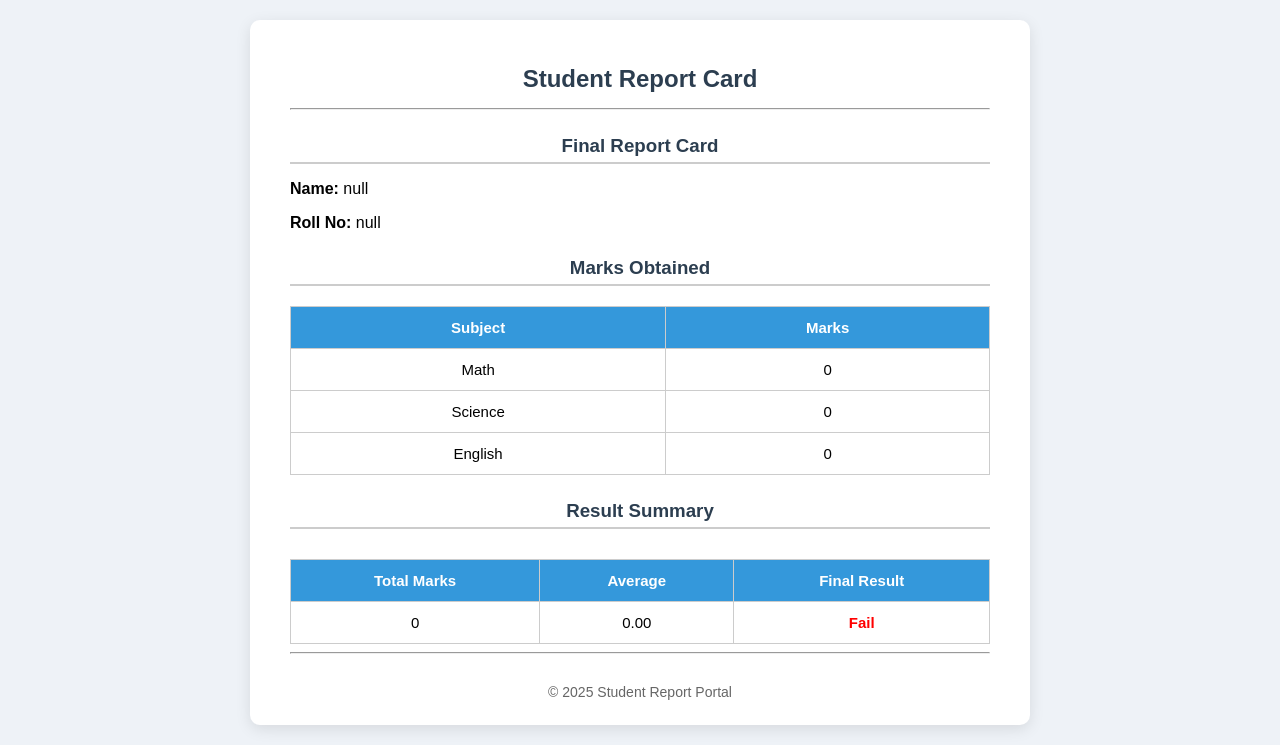
Repository: ashwinii19/Core-Java-Learning
Page: http://localhost/24-JSP/profile.jsp
These files come from the project's save history. The page is drawn as it stood at one moment and after the next save; the edit follows.
The browser window is 1280 px wide. The pictures show the whole page.
The page is served by Tomcat 9.

Above is the page before, as saved 2025-08-20 03:37:08.

### 24-JSP/src/main/webapp/profile.jsp
<%@ page language="java" contentType="text/html; charset=ISO-8859-1"
	pageEncoding="ISO-8859-1" errorPage="error.jsp"%>
<jsp:useBean id="student" class="com.model.Student" scope="session" />
<jsp:setProperty name="student" property="*" />
<!DOCTYPE html>
<html>
<head>
<meta charset="ISO-8859-1">
<title>Profile</title>
</head>
<body>
    <jsp:include page="header.jsp"/>

    <h3>Student Profile</h3>
    Name: <jsp:getProperty name="student" property="name"/><br>
    Roll No: <jsp:getProperty name="student" property="rollNo"/><br>
    Math: <jsp:getProperty name="student" property="math"/><br>
    Science: <jsp:getProperty name="student" property="science"/><br>
    English: <jsp:getProperty name="student" property="english"/><br><br>

    <jsp:forward page="result.jsp">
        <jsp:param name="math" value="<%= student.getMath() %>"/>
        <jsp:param name="science" value="<%= student.getScience() %>"/>
        <jsp:param name="english" value="<%= student.getEnglish() %>"/>
        <jsp:param name="name" value="<%= student.getName() %>"/>
        <jsp:param name="rollNo" value="<%= student.getRollNo() %>"/>
    </jsp:forward>

    <jsp:include page="footer.jsp"/>
</body>
</html>

### 24-JSP/src/main/webapp/header.jsp
<%@ page language="java" contentType="text/html; charset=ISO-8859-1"
	pageEncoding="ISO-8859-1"%>
<!DOCTYPE html>
<html>
<head>
<meta charset="ISO-8859-1">
<link rel="stylesheet" type="text/css" href="css/style.css">
<title>Header</title>
</head>
<body>
	<div class="container">
		<h2>Student Report Card</h2>
		<hr />
</body>
</html>

### 24-JSP/src/main/webapp/result.jsp
<%@ page language="java" contentType="text/html; charset=ISO-8859-1"
    pageEncoding="ISO-8859-1"%>
<!DOCTYPE html>
<html>
<head>
<meta charset="ISO-8859-1">
<title>Result</title>
</head>
<body>
    <jsp:include page="header.jsp"/>

    <h3>Final Report Card</h3>

    <%
        String name = request.getParameter("name");
        String rollNo = request.getParameter("rollNo");
        int math = Integer.parseInt(request.getParameter("math"));
        int science = Integer.parseInt(request.getParameter("science"));
        int english = Integer.parseInt(request.getParameter("english"));

        int total = math + science + english;
        double avg = total / 3.0;

        String result;
        if (math < 35 || science < 35 || english < 35) {
            result = "Fail";
        } else if (avg >= 90) {
            result = "A+";
        } else if (avg >= 80) {
            result = "A";
        } else if (avg >= 70) {
            result = "B";
        } else if (avg >= 60) {
            result = "C";
        } else {
            result = "Fail";
        }
    %>

    <p><strong>Name:</strong> <%= name %></p>
    <p><strong>Roll No:</strong> <%= rollNo %></p>

    <!-- Marks Table -->
    <h3>Marks Obtained</h3>
    <table>
        <tr>
            <th>Subject</th>
            <th>Marks</th>
        </tr>
        <tr><td>Math</td><td><%= math %></td></tr>
        <tr><td>Science</td><td><%= science %></td></tr>
        <tr><td>English</td><td><%= english %></td></tr>
    </table>

    <!-- Result Summary Table -->
    <h3>Result Summary</h3>
    <table class="result-table">
        <tr>
            <th>Total Marks</th>
            <th>Average</th>
            <th>Final Result</th>
        </tr>
        <tr>
            <td><%= total %></td>
            <td><%= String.format("%.2f", avg) %></td>
            <td class="<%= result.equals("Fail") ? "status-fail" : "status-pass" %>">
                <%= result %>
            </td>
        </tr>
    </table>

    <jsp:include page="footer.jsp"/>
</body>
</html>

### 24-JSP/src/main/webapp/footer.jsp
<%@ page language="java" contentType="text/html; charset=ISO-8859-1"
	pageEncoding="ISO-8859-1"%>
<!DOCTYPE html>
<html>
<head>
<meta charset="ISO-8859-1">
<title>Footer</title>
</head>
<body>
	<hr />
	<footer>&copy; 2025 Student Report Portal</footer>
	</div>
</body>
</html>

### 24-JSP/src/main/java/com/model/Student.java
package com.model;

public class Student {
	private String name;
	private String rollNo;
	private int math;
	private int science;
	private int english;

	public String getName() {
		return name;
	}

	public void setName(String name) {
		this.name = name;
	}

	public String getRollNo() {
		return rollNo;
	}

	public void setRollNo(String rollNo) {
		this.rollNo = rollNo;
	}

	public int getMath() {
		return math;
	}

	public void setMath(int math) {
		this.math = math;
	}

	public int getScience() {
		return science;
	}

	public void setScience(int science) {
		this.science = science;
	}

	public int getEnglish() {
		return english;
	}

	public void setEnglish(int english) {
		this.english = english;
	}
}

### 24-JSP/src/main/webapp/css/style.css
/* General Page Styling */
body {
    font-family: Arial, sans-serif;
    background-color: #eef2f7;
    margin: 0;
    padding: 20px;
}

/* Centered Card Container */
.container {
    max-width: 700px;
    margin: auto;
    background: #ffffff;
    padding: 25px 40px;
    border-radius: 10px;
    box-shadow: 0 4px 15px rgba(0,0,0,0.1);
}

/* Headings */
h1, h2, h3 {
    text-align: center;
    color: #2c3e50;
    margin-bottom: 15px;
}

h3 {
    margin-top: 25px;
    border-bottom: 2px solid #ccc;
    padding-bottom: 5px;
}

/* Form */
form {
    display: flex;
    flex-direction: column;
    gap: 12px;
    margin-top: 20px;
}

input[type="text"],
input[type="number"] {
    padding: 10px;
    border: 1px solid #ccc;
    border-radius: 6px;
    font-size: 14px;
}

input[type="submit"] {
    background: #3498db;
    color: white;
    border: none;
    padding: 12px;
    border-radius: 6px;
    font-size: 16px;
    cursor: pointer;
}

input[type="submit"]:hover {
    background: #2980b9;
}

/* Pass/Fail colors */
.status-pass {
    color: green;
    font-weight: bold;
}
.status-fail {
    color: red;
    font-weight: bold;
}

/* Table Styling */
table {
    width: 100%;
    border-collapse: collapse;
    margin-top: 20px;
}

table, th, td {
    border: 1px solid #ccc;
}

th, td {
    padding: 12px;
    text-align: center;
    font-size: 15px;
}

th {
    background-color: #3498db;
    color: white;
}

.result-table {
    margin-top: 30px;
}


/* Footer */
footer {
    text-align: center;
    color: #666;
    font-size: 14px;
    margin-top: 30px;
}

After the next save:
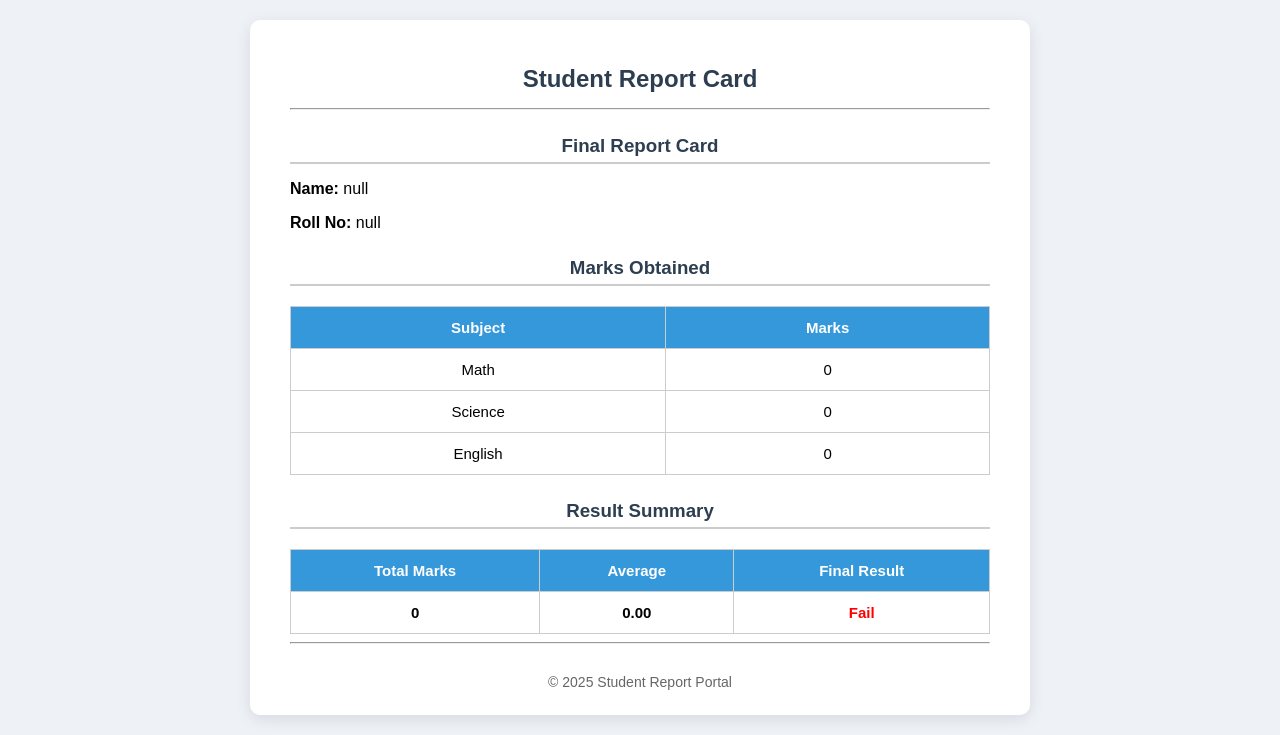
Saved 63 s later.
--- a/24-JSP/src/main/webapp/css/style.css
+++ b/24-JSP/src/main/webapp/css/style.css
@@ -91,8 +91,8 @@ th {
     color: white;
 }
 
-.result-table {
-    margin-top: 30px;
+.result-table td {
+    font-weight: bold;
 }
 
 
